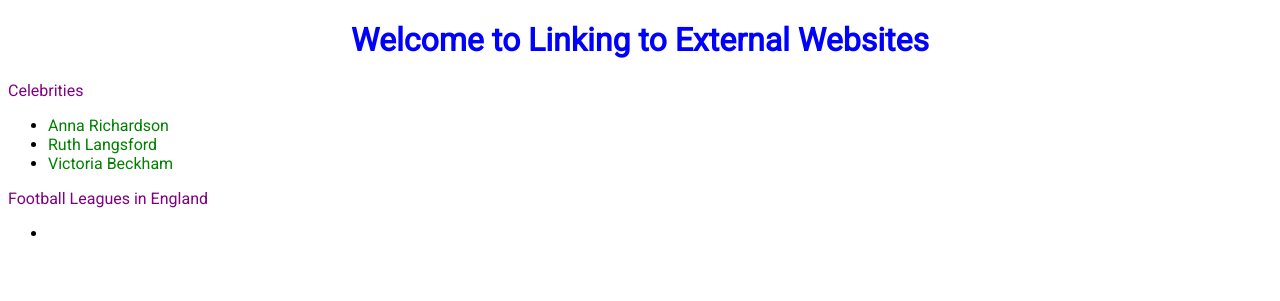
Repository: derektypist/linking-to-external-websites
Page: index.html
The author's editor kept a record of every edit. The page is drawn from the files as they stood at one moment, then again after the next edit.
The browser window is 1280 px wide. The pictures show the whole page.

Above is the page before.

After the next edit:
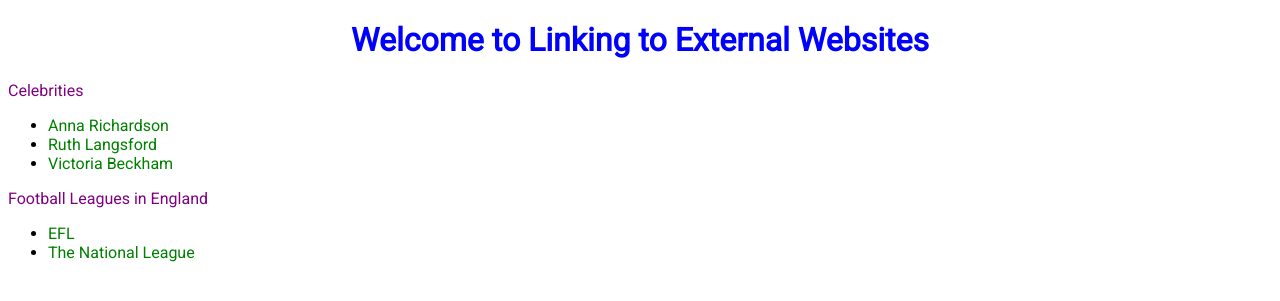
The edit:
--- a/index.html
+++ b/index.html
@@ -13,25 +13,26 @@
 
 <body>
 
-<h1>Welcome to Linking to External Websites</h1>
+    <h1>Welcome to Linking to External Websites</h1>
 
-<!-- Provide List Items and Links for Celebrities -->
-<section>
-    <p>Celebrities</p>
-    <ul>
-        <li><a href="https:://www.annarichardson.co.uk" title="Anna Richardson" target="_blank">Anna Richardson</a></li>
-        <li><a href="https:://www.officialruthlangsford.com" title="Ruth Langsford" target="_blank">Ruth Langsford</a></li>
-        <li><a href="https:://www.victoriabeckham.com" title="Victoria Beckham" target="_blank">Victoria Beckham</a></li>
-    </ul>
-</section>
+    <!-- Provide List Items and Links for Celebrities -->
+    <section>
+        <p>Celebrities</p>
+        <ul>
+            <li><a href="https:://www.annarichardson.co.uk" title="Anna Richardson" target="_blank">Anna Richardson</a></li>
+            <li><a href="https:://www.officialruthlangsford.com" title="Ruth Langsford" target="_blank">Ruth Langsford</a></li>
+            <li><a href="https:://www.victoriabeckham.com" title="Victoria Beckham" target="_blank">Victoria Beckham</a></li>
+        </ul>
+    </section>
 
-<!-- Provide List Items and Links for Football Leagues  -->
-<section>
-    <p>Football Leagues in England</p>
-    <ul>
-        <li><a href="https://www.</li>
-    </ul>
-</section>
+    <!-- Provide List Items and Links for Football Leagues  -->
+    <section>
+        <p>Football Leagues in England</p>
+        <ul>
+            <li><a href="https://www.efl.com" title="EFL" target="_blank">EFL</a></li>
+            <li><a href="https://www.thenationalleague.org.uk" title="National League" target="_blank">The National League</a></li>
+        </ul>
+    </section>
 
 </body>
 
